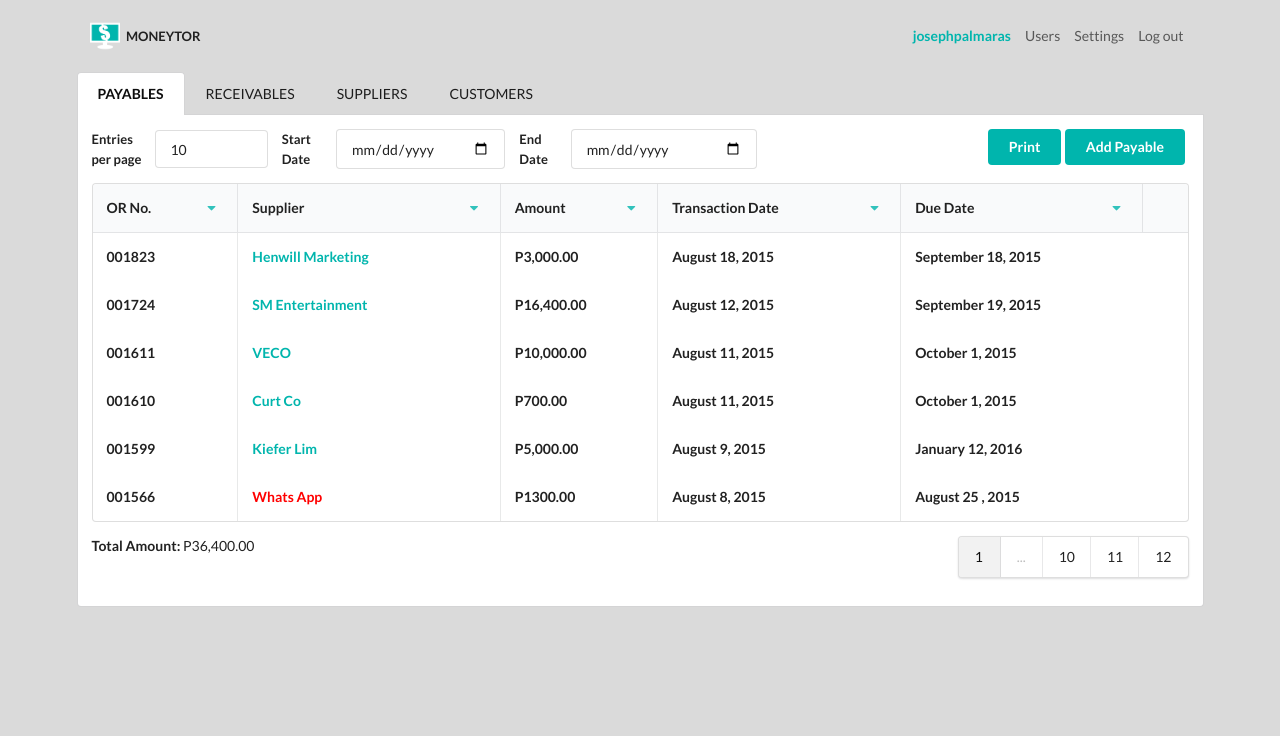
Repository: TV5/MoneyTor
Page: Workspace/MoneyTor/war/main.html
These files come from the project's save history. The page is drawn as it stood at one moment and after the next save; the edit follows.
The browser window is 1280 px wide. The pictures show the whole page.

Above is the page before, as saved 2015-10-01 07:36:34.

After the next save:
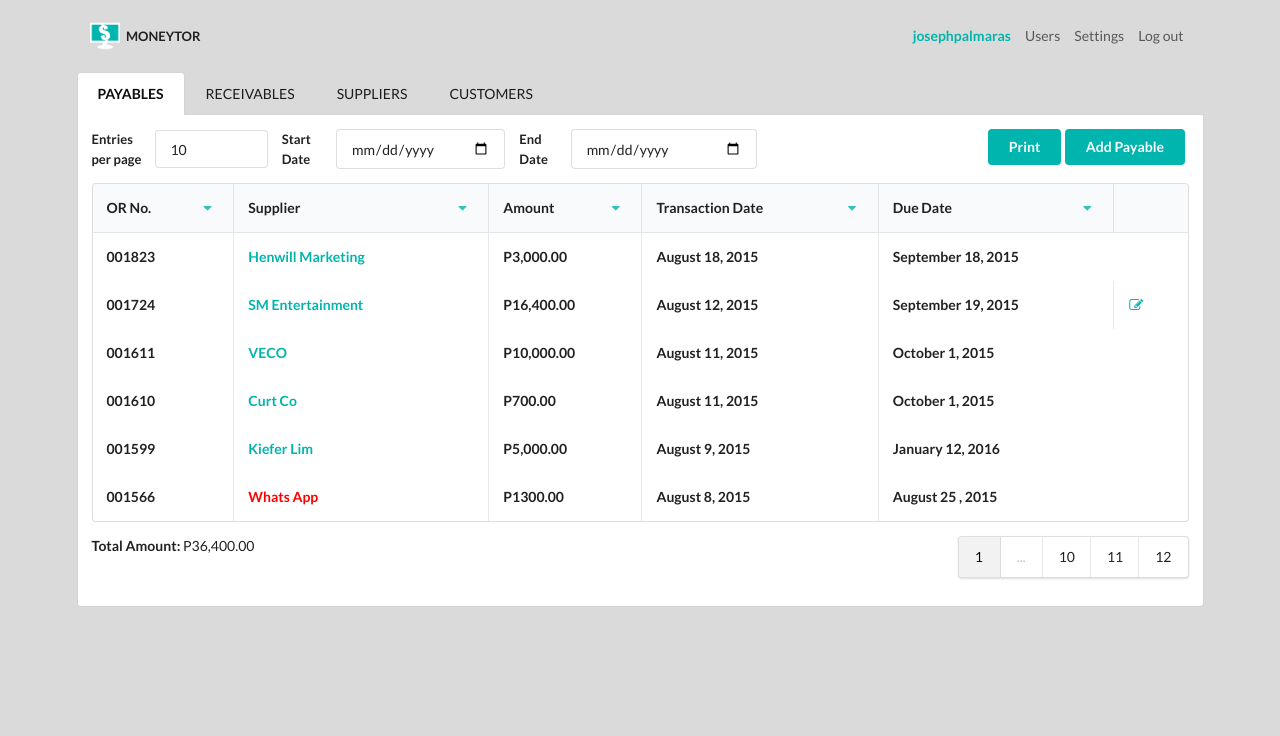
Saved 73 s later.
--- a/Workspace/MoneyTor/war/main.html
+++ b/Workspace/MoneyTor/war/main.html
@@ -157,6 +157,7 @@
 	    <th>P16,400.00</th>
 	    <th>August 12, 2015</th>
 	    <th>September 19, 2015</th>
+	    <th> <a href="#" onClick="editData()"><i class="edit icon"></i></a></th>
 	  	</tr>
 	  	<tr>
 	    <th>001611</th>
